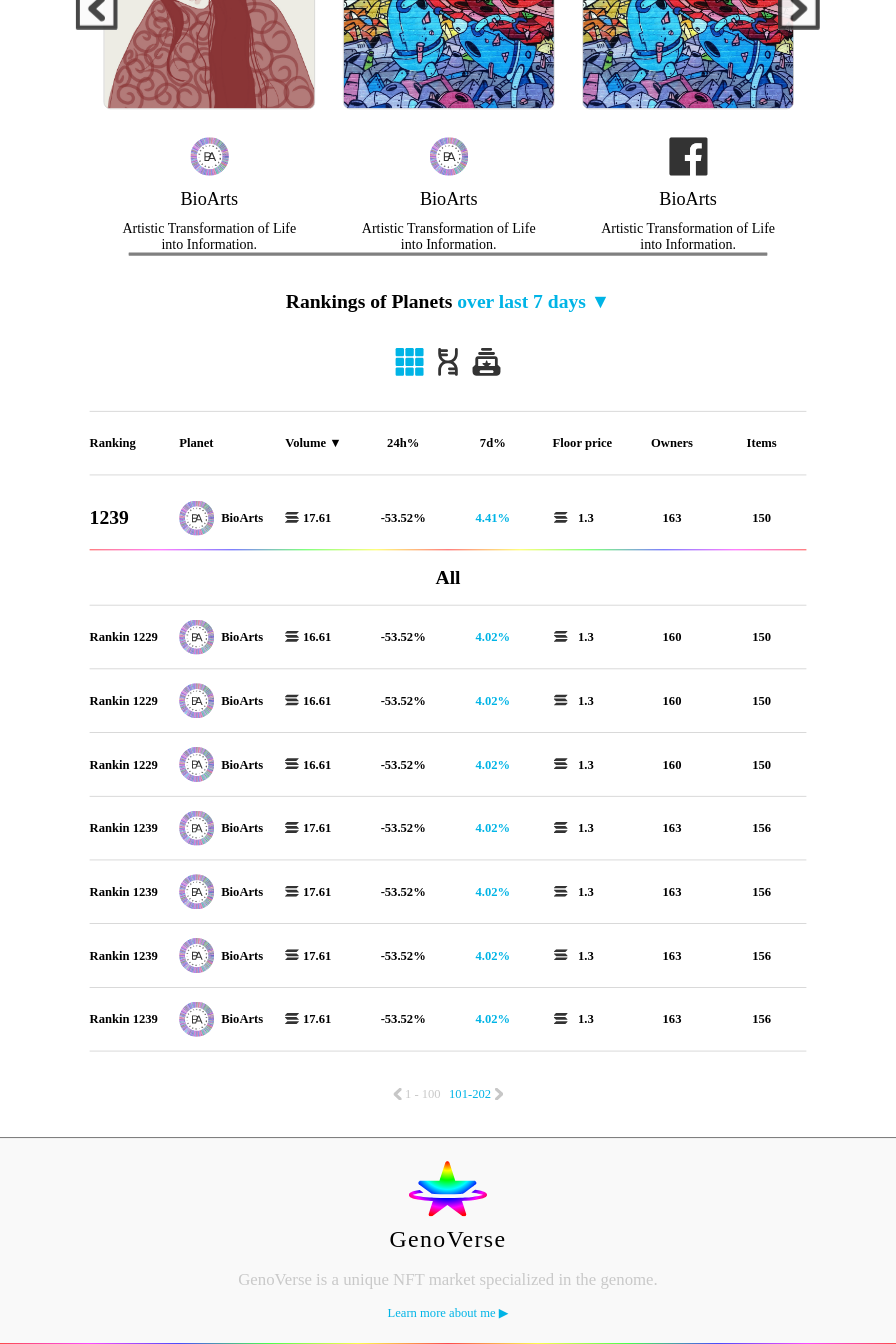
Repository: superHotBob/bioart
Page: /
An editor plug-in stored every save of this project. The page is shown before and after the next save, followed by the edit.
The browser window is 1280 px wide. The pictures show the part of the page from y = 930 to 2850 px (the page is 2850 px tall before and 2848 px after), at 70% of full size.
Some web fonts or font styles are not loaded; a fallback is used. The project was rebuilt for these pictures with package versions that can differ from the ones it lists, and the page was loaded fresh each time. The framework's server and built-in components were replaced by stand-ins that run in the browser. Also part of the build but not shown: next.config.js.

Above is the page before, as saved 2022-04-06 09:19:37.

After the next save:
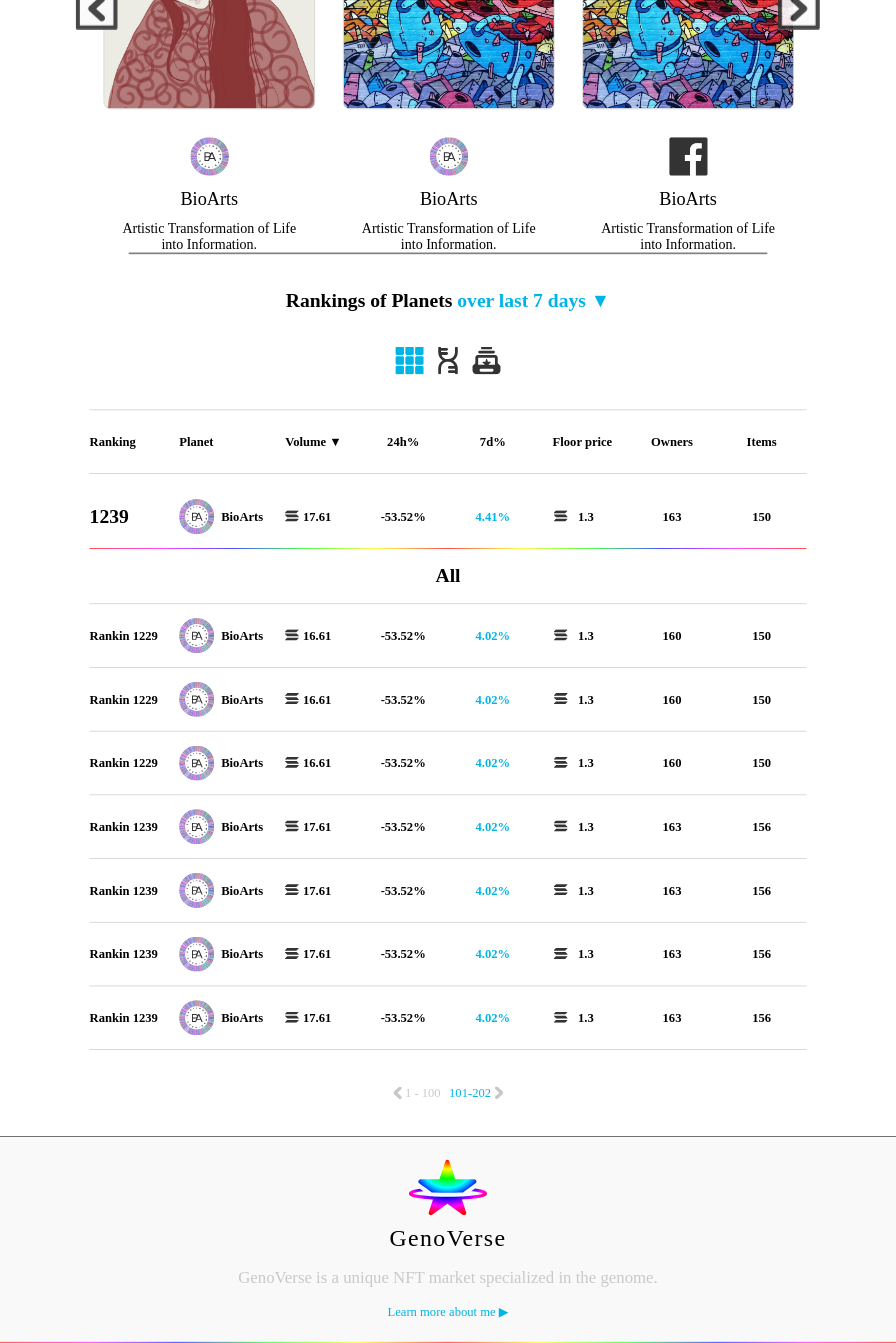
Saved 26 s later.
--- a/pages/index.js
+++ b/pages/index.js
@@ -283,7 +283,7 @@ export default function Home() {
               </div>
             </div>
           </Slider>
-          <p className={styles.sliderDot} style={{border: '2px solid gray'}}>
+          <p className={styles.sliderDot} style={{border: '1px solid gray'}}>
             {(new Array(6)).fill(' ').map((i,index)=>
             <span style={{backgroundColor: 'blue'}} key={index}>{i}</span>
             )}
